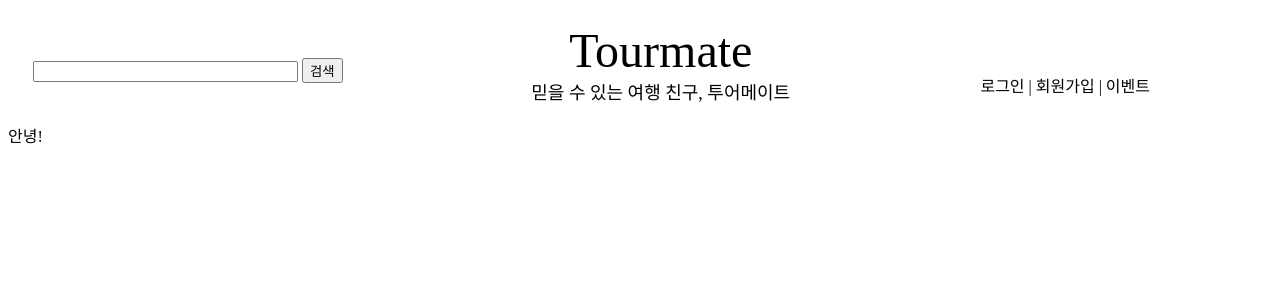
Repository: nohyoonko/2017-2-WP-Tourmate
Page: http://localhost/Tourmate/Header2.jsp
These files come from the project's save history. The page is drawn as it stood at one moment and after the next save; the edit follows.
The browser window is 1280 px wide. The pictures show the whole page.
The page is served by Tomcat 9. Other server files are loaded and not shown.

Above is the page before, as saved 2017-12-05 04:58:54.

### eclipse-workspace/Tourmate/WebContent/Header2.jsp
<%@ page language="java" contentType="text/html; charset=UTF-8"
    pageEncoding="UTF-8"%>
<!DOCTYPE html PUBLIC "-//W3C//DTD HTML 4.01 Transitional//EN" "http://www.w3.org/TR/html4/loose.dtd">
<html>
<head>
	<meta http-equiv="Content-Type" content="text/html; charset=UTF-8">
	<title>투어메이트</title>
    <style>
        div { font-family: "함초롬돋움"; }

        div.header1 {
            width: 30%;
            float: left;
            margin-left: 25px;
            margin-top: 50px;
        }

        div.header2 {
            width: 33%;
            height: 60px;
            float: left;
            margin-left: 40px;
            margin-top: 15px;
            color: black;
        }

      	div.header2 > a {
        	color:black; text-decoration:none;
      	}

        div.header3 {
            width: 31%;
            height: 50px;
            float: left;
            margin-right: 10px;
            margin-top: 65px;
        }

        .menubar {
 			background: #FF8000;
 			display: inline-block;
  			width: 100%;
		}
		.main { margin: 0; padding: 0; font-size: 19px; }
		.main li {
			padding:0% 3% 0% 3%;
  			float: left;
  			list-style:none;
  			position: relative;
		}
		.main li:first-child { margin-left: 10%; }
		.main li:hover { background: #984807; }
		.main a {
  			color: white;
  			display: block;
  			padding: 10px 20px;
  			text-decoration: none;
		}
		.main ul {
  			background: white;
  			display: none;
  			padding: 0;
  			position: absolute;
  			left: 0;
  			top: 100%;
  			z-index: 2;
  			width: 210px;
		}
		.main ul li { float: none; margin-left: 10%; }
		.main ul a { color: #984807; }
		.main ul li:hover { background: white; }
		.main ul li:hover>a { color: #FF8000; }
	</style>
</head>
<body>
    <div class="header1">
        <input type="text" size=30>
        <input type="submit" value="검색">
    </div>
    <a href="투어메이트.html">
    <div class="header2">
        <center>
            <font face="HYHeadLine" size="7">Tourmate</font><br>
            <font face="함초롬돋움" size="4">믿을 수 있는 여행 친구, 투어메이트</font>
        </center>
    </div>
    </a>
    <div class="header3">
        <center>
            <font size="3">로그인 | 회원가입 | 이벤트</font>
        </center>
    </div>

    <!--상단 메뉴바와 하위 메뉴-->
    <script src="//code.jquery.com/jquery.min.js"></script>
	<script>
	$(function(){
  		$(".main li").hover(function(){
    		$('ul:first',this).show();
  		}, function(){
    		$('ul:first',this).hide();
  		});
	});
	</script>
    안녕!

</body>
</html>

After the next save:
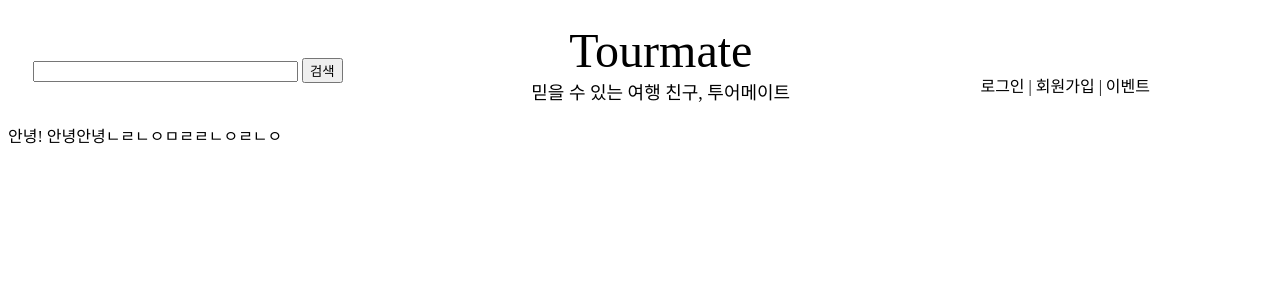
Saved 23 s later.
--- a/eclipse-workspace/Tourmate/WebContent/Header2.jsp
+++ b/eclipse-workspace/Tourmate/WebContent/Header2.jsp
@@ -102,7 +102,7 @@
   		});
 	});
 	</script>
-    안녕!
+    안녕! 안녕안녕ㄴㄹㄴㅇㅁㄹㄹㄴㅇㄹㄴㅇ
 
 </body>
 </html>
